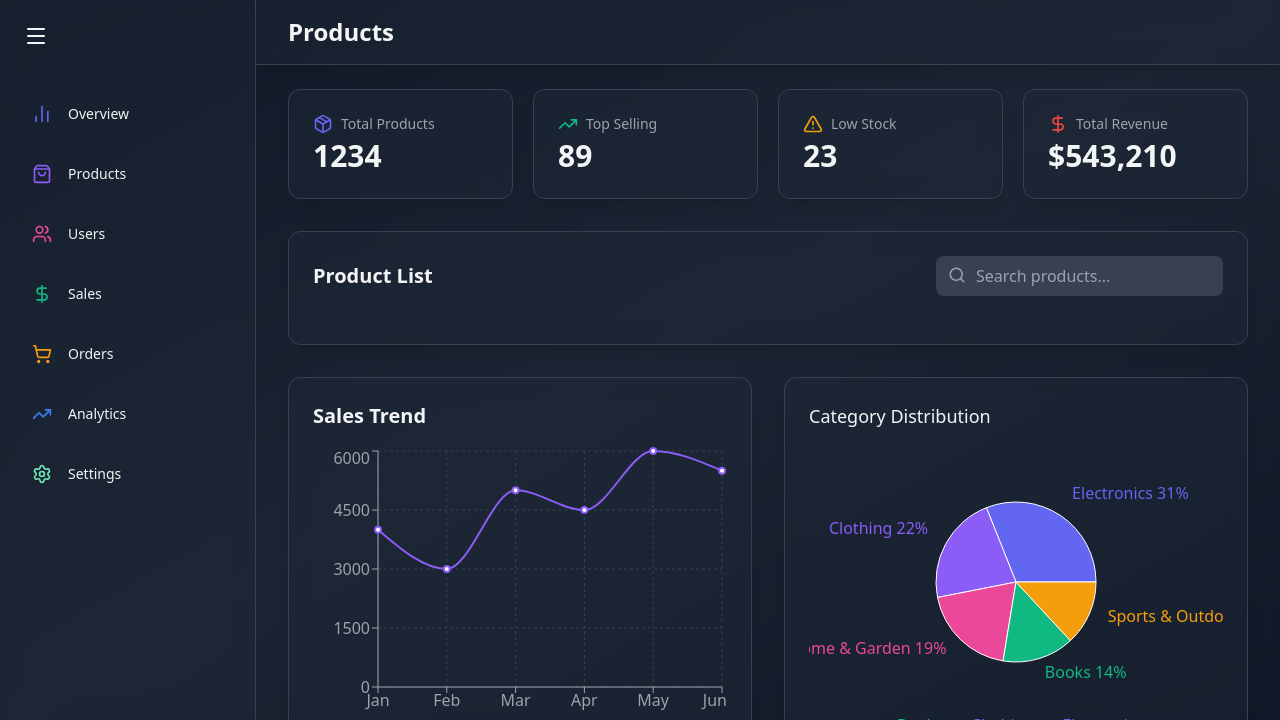
Repository: Abdirabi11/React-dashboard
Page: /products
An editor plug-in stored every save of this project. The page is shown before and after the next save, followed by the edit.
The browser window is 1280 px wide. The pictures show the whole page.
An inner scrolling area shows only its first screen. The project was rebuilt for these pictures with package versions that can differ from the ones it lists, and the page was loaded fresh each time. Also part of the build but not shown: vite.config.js, src/components/overview/SalesOverviewChart.jsx, src/components/overview/SalesChannelChart.jsx, src/pages/OverviewPage.jsx, src/pages/UsersPage.jsx, src/pages/SalesPage.jsx, src/pages/OrdersPage.jsx, src/pages/AnalyticsPage.jsx and 1 more.

Above is the page before, as saved 2025-07-18 19:01:04.

### src/components/common/Sidebar.jsx
import { BarChart2, DollarSign, Menu, Settings, ShoppingBag, ShoppingCart, TrendingUp, Users } from "lucide-react";
import { useState } from "react";
import { AnimatePresence, motion } from "framer-motion";
import { Link } from "react-router-dom";

const SIDEBAR_ITEMS = [
	{
		name: "Overview",
		icon: BarChart2,
		color: "#6366f1",
		href: "/",
	},
	{ name: "Products", icon: ShoppingBag, color: "#8B5CF6", href: "/products" },
	{ name: "Users", icon: Users, color: "#EC4899", href: "/users" },
	{ name: "Sales", icon: DollarSign, color: "#10B981", href: "/sales" },
	{ name: "Orders", icon: ShoppingCart, color: "#F59E0B", href: "/orders" },
	{ name: "Analytics", icon: TrendingUp, color: "#3B82F6", href: "/analytics" },
	{ name: "Settings", icon: Settings, color: "#6EE7B7", href: "/settings" },
];

const Sidebar = () => {
	const [isSidebarOpen, setIsSidebarOpen] = useState(true);

	return (
		<motion.div
			className={`relative z-10 transition-all duration-300 ease-in-out flex-shrink-0 ${
				isSidebarOpen ? "w-64" : "w-20"
			}`}
			animate={{ width: isSidebarOpen ? 256 : 80 }}
		>
			<div className='h-full bg-gray-800 bg-opacity-50 backdrop-blur-md p-4 flex flex-col border-r border-gray-700'>
				<motion.button
					whileHover={{ scale: 1.1 }}
					whileTap={{ scale: 0.9 }}
					onClick={() => setIsSidebarOpen(!isSidebarOpen)}
					className='p-2 rounded-full hover:bg-gray-700 transition-colors max-w-fit'
				>
					<Menu size={24} />
				</motion.button>

				<nav className='mt-8 flex-grow'>
					{SIDEBAR_ITEMS.map((item) => (
						<Link key={item.href} to={item.href}>
							<motion.div className='flex items-center p-4 text-sm font-medium rounded-lg hover:bg-gray-700 transition-colors mb-2'>
								<item.icon size={20} style={{ color: item.color, minWidth: "20px" }} />
								<AnimatePresence>
									{isSidebarOpen && (
										<motion.span
											className='ml-4 whitespace-nowrap'
											initial={{ opacity: 0, width: 0 }}
											animate={{ opacity: 1, width: "auto" }}
											exit={{ opacity: 0, width: 0 }}
											transition={{ duration: 0.2, delay: 0.3 }}
										>
											{item.name}
										</motion.span>
									)}
								</AnimatePresence>
							</motion.div>
						</Link>
					))}
				</nav>
			</div>
		</motion.div>
	);
};
export default Sidebar;

### src/pages/ProductsPage.jsx
import { motion } from "framer-motion";

import Header from "../components/common/Header";
import StatCard from "../components/common/StatCard";

import { AlertTriangle, DollarSign, Package, TrendingUp } from "lucide-react";
import CategoryDistributionChart from "../components/overview/CategoryDistributionChart";
import SalesTrendChart from "../components/products/SalesTrendChart";
import ProductsTable from "../components/products/ProductsTable";

const ProductsPage = () => {
	return (
		<div className='flex-1 overflow-auto relative z-10'>
			<Header title='Products' />

			<main className='max-w-7xl mx-auto py-6 px-4 lg:px-8'>
				{/* STATS */}
				<motion.div
					className='grid grid-cols-1 gap-5 sm:grid-cols-2 lg:grid-cols-4 mb-8'
					initial={{ opacity: 0, y: 20 }}
					animate={{ opacity: 1, y: 0 }}
					transition={{ duration: 1 }}
				>
					<StatCard name='Total Products' icon={Package} value={1234} color='#6366F1' />
					<StatCard name='Top Selling' icon={TrendingUp} value={89} color='#10B981' />
					<StatCard name='Low Stock' icon={AlertTriangle} value={23} color='#F59E0B' />
					<StatCard name='Total Revenue' icon={DollarSign} value={"$543,210"} color='#EF4444' />
				</motion.div>

				<ProductsTable />

				{/* CHARTS */}
				<div className='grid grid-col-1 lg:grid-cols-2 gap-8'>
					<SalesTrendChart />
					<CategoryDistributionChart />
				</div>
			</main>
		</div>
	);
};
export default ProductsPage;

### src/components/overview/CategoryDistributionChart.jsx
import { motion } from "framer-motion";
import { PieChart, Pie, Cell, Tooltip, ResponsiveContainer, Legend } from "recharts";

const categoryData = [
	{ name: "Electronics", value: 4500 },
	{ name: "Clothing", value: 3200 },
	{ name: "Home & Garden", value: 2800 },
	{ name: "Books", value: 2100 },
	{ name: "Sports & Outdoors", value: 1900 },
];

const COLORS = ["#6366F1", "#8B5CF6", "#EC4899", "#10B981", "#F59E0B"];

const CategoryDistributionChart = () => {
	return (
		<motion.div
			className='bg-gray-800 bg-opacity-50 backdrop-blur-md shadow-lg rounded-xl p-6 border border-gray-700'
			initial={{ opacity: 0, y: 20 }}
			animate={{ opacity: 1, y: 0 }}
			transition={{ delay: 0.3 }}
		>
			<h2 className='text-lg font-medium mb-4 text-gray-100'>Category Distribution</h2>
			<div className='h-80'>
				<ResponsiveContainer width={"100%"} height={"100%"}>
					<PieChart>
						<Pie
							data={categoryData}
							cx={"50%"}
							cy={"50%"}
							labelLine={false}
							outerRadius={80}
							fill='#8884d8'
							dataKey='value'
							label={({ name, percent }) => `${name} ${(percent * 100).toFixed(0)}%`}
						>
							{categoryData.map((entry, index) => (
								<Cell key={`cell-${index}`} fill={COLORS[index % COLORS.length]} />
							))}
						</Pie>
						<Tooltip
							contentStyle={{
								backgroundColor: "rgba(31, 41, 55, 0.8)",
								borderColor: "#4B5563",
							}}
							itemStyle={{ color: "#E5E7EB" }}
						/>
						<Legend />
					</PieChart>
				</ResponsiveContainer>
			</div>
		</motion.div>
	);
};
export default CategoryDistributionChart;

### src/components/products/SalesTrendChart.jsx
import { motion } from "framer-motion";
import { LineChart, Line, XAxis, YAxis, CartesianGrid, Tooltip, ResponsiveContainer, Legend } from "recharts";

const salesData = [
	{ month: "Jan", sales: 4000 },
	{ month: "Feb", sales: 3000 },
	{ month: "Mar", sales: 5000 },
	{ month: "Apr", sales: 4500 },
	{ month: "May", sales: 6000 },
	{ month: "Jun", sales: 5500 },
];

const SalesTrendChart = () => {
	return (
		<motion.div
			className='bg-gray-800 bg-opacity-50 backdrop-blur-md shadow-lg rounded-xl p-6 border border-gray-700'
			initial={{ opacity: 0, y: 20 }}
			animate={{ opacity: 1, y: 0 }}
			transition={{ delay: 0.3 }}
		>
			<h2 className='text-xl font-semibold text-gray-100 mb-4'>Sales Trend</h2>
			<div style={{ width: "100%", height: 300 }}>
				<ResponsiveContainer>
					<LineChart data={salesData}>
						<CartesianGrid strokeDasharray='3 3' stroke='#374151' />
						<XAxis dataKey='month' stroke='#9CA3AF' />
						<YAxis stroke='#9CA3AF' />
						<Tooltip
							contentStyle={{
								backgroundColor: "rgba(31, 41, 55, 0.8)",
								borderColor: "#4B5563",
							}}
							itemStyle={{ color: "#E5E7EB" }}
						/>
						<Legend />
						<Line type='monotone' dataKey='sales' stroke='#8B5CF6' strokeWidth={2} />
					</LineChart>
				</ResponsiveContainer>
			</div>
		</motion.div>
	);
};
export default SalesTrendChart;

### src/components/products/ProductsTable.jsx
import { motion } from "framer-motion";
import { Edit, Search, Trash2 } from "lucide-react";
import { useState } from "react";

const PRODUCT_DATA = [
	{ id: 1, name: "Wireless Earbuds", category: "Electronics", price: 59.99, stock: 143, sales: 1200 },
	{ id: 2, name: "Leather Wallet", category: "Accessories", price: 39.99, stock: 89, sales: 800 },
	{ id: 3, name: "Smart Watch", category: "Electronics", price: 199.99, stock: 56, sales: 650 },
	{ id: 4, name: "Yoga Mat", category: "Fitness", price: 29.99, stock: 210, sales: 950 },
	{ id: 5, name: "Coffee Maker", category: "Home", price: 79.99, stock: 78, sales: 720 },
];

const ProductsTable = () => {
	const [searchTerm, setSearchTerm] = useState("");

	const handleSearch=(e)=>{

	}

	return (
		<motion.div
		    className="bg-gray-800 bg-opacity-50 backdrop-blur-md shadow-lg rounded-xl p-6 border border-gray-700 mb-8"
		    initial={{ opacity: 0, y: 20 }}
			animate={{ opacity: 1, y: 0 }}
			transition={{ delay: 0.2 }}
		>
			<div className='flex justify-between items-center mb-6'>
				<h2 className='text-xl font-semibold text-gray-100'>Product List</h2>
				<div className='relative'>
					<input
						type='text'
						placeholder='Search products...'
						className='bg-gray-700 text-white placeholder-gray-400 rounded-lg pl-10 pr-4 py-2 focus:outline-none focus:ring-2 focus:ring-blue-500'
						onChange={handleSearch}
						value={searchTerm}
					/>
					<Search className='absolute left-3 top-2.5 text-gray-400' size={18} />
				</div>
			</div>
			<div className='overflow-x-auto'>
				<table  className='min-w-full divide-y divide-gray-700'>
					<thead>
						<tr>

						</tr>
					</thead>
				</table>
			</div>
		</motion.div>
	)
};
export default ProductsTable;

Loaded but not shown: index.html (common file); src/main.jsx (common file); src/App.jsx (common file); src/index.css (common file); src/components/common/Header.jsx (common file); src/components/common/StatCard.jsx (common file); tailwind.config.js (common file)

After the next save:
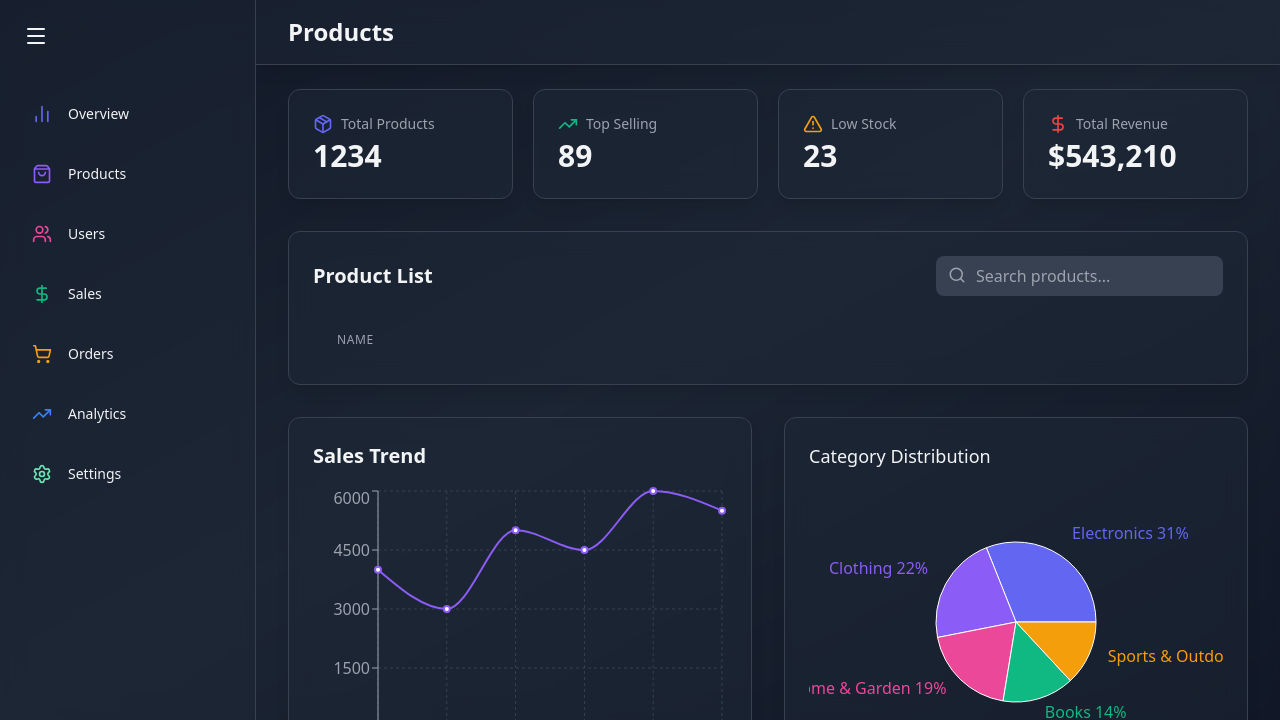
Saved 17 s later.
--- a/src/components/products/ProductsTable.jsx
+++ b/src/components/products/ProductsTable.jsx
@@ -41,7 +41,9 @@ const ProductsTable = () => {
 				<table  className='min-w-full divide-y divide-gray-700'>
 					<thead>
 						<tr>
-
+						    <th className='px-6 py-3 text-left text-xs font-medium text-gray-400 uppercase tracking-wider'>
+								Name
+							</th>
 						</tr>
 					</thead>
 				</table>
